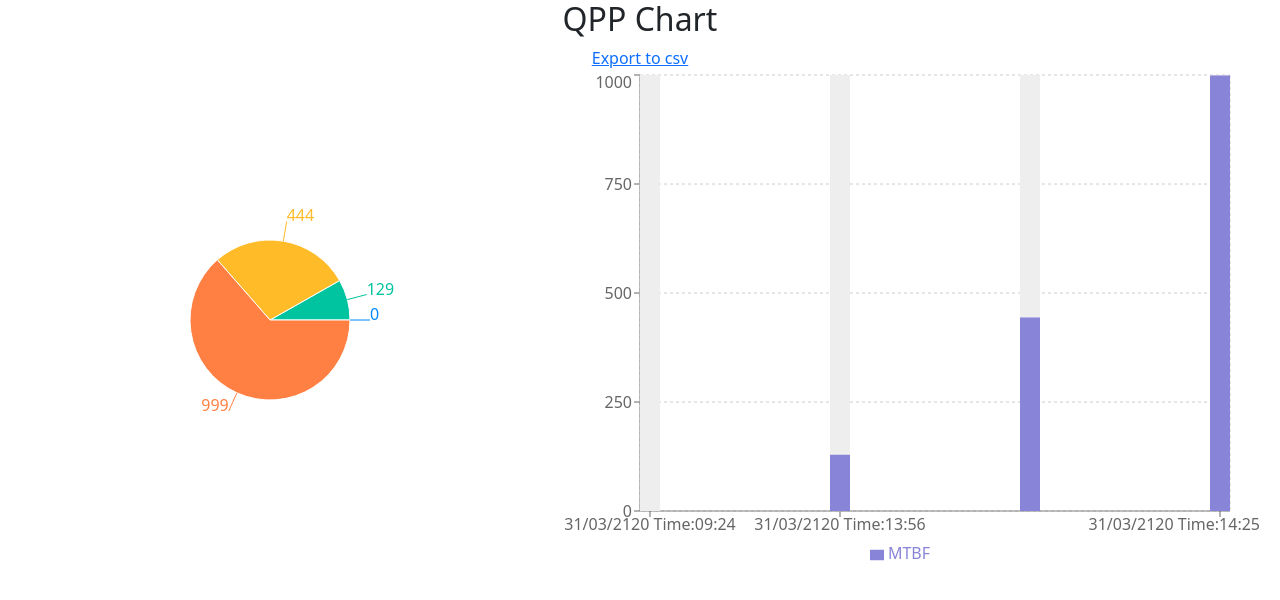
Repository: exiled-kal/ReactChartPrac
Page: /
These files come from the project's save history. The page is drawn as it stood at one moment and after the next save; the edit follows.
The browser window is 1280 px wide. The pictures show the whole page.
The project was rebuilt for these pictures with package versions that can differ from the ones it lists, and the page was loaded fresh each time.

Above is the page before, as saved 2021-04-18 15:45:38.

### src/App.js
import './App.css';
import {CSVLink} from 'react-csv';

import {
  PieChart,
  Pie,
  Tooltip,
  BarChart,
  Bar,
  XAxis,
  YAxis,
  CartesianGrid,
  Legend,
  Cell,
} from 'recharts';

const data = [
  {
    StartDateTime: '31/03/2120 Time:09:24',
    SystemUpTime: 6,
    OperationTime: 0,
    DownTime: 0,
    IdleTime: 0,
    MTBF: 0,
    MTBA: 0,
    TotalQuantityIn: 0,
    TotalQuantityOut: 0,
    TotalPassed: 0,
    TotalFailed: 0,
    TotalYield: 0,
    SoftJam: 0,
    HardJam: 0,
    SprintUPH: 514,
  },
  {
    LotID: 'QPP_Test',
    ProductType: 'RB',
    StartDateTime: '31/03/2120 Time:13:56',
    SystemUpTime: 499,
    OperationTime: 129,
    DownTime: 0,
    IdleTime: 364,
    MTBF: 129,
    MTBA: 129,
    TotalQuantityIn: 33,
    TotalQuantityOut: 12,
    TotalPassed: 2,
    TotalFailed: 10,
    TotalYield: 16,
    SoftJam: 0,
    HardJam: 0,
    SprintUPH: 514,
  },
  {
    LotID: 'QPP_Test',
    ProductType: 'RB',
    StartDateTime: '31/03/2120 Time:14:10',
    SystemUpTime: 1481,
    OperationTime: 444,
    DownTime: 0,
    IdleTime: 1028,
    MTBF: 444,
    MTBA: 444,
    TotalQuantityIn: 33,
    TotalQuantityOut: 28,
    TotalPassed: 4,
    TotalFailed: 24,
    TotalYield: 14,
    SoftJam: 0,
    HardJam: 0,
    SprintUPH: 514,
  },
  {
    LotID: 'QPP_Test',
    ProductType: 'RB',
    StartDateTime: '31/03/2120 Time:14:25',
    SystemUpTime: 2680,
    OperationTime: 999,
    DownTime: 0,
    IdleTime: 1581,
    MTBF: 999,
    MTBA: 999,
    TotalQuantityIn: 33,
    TotalQuantityOut: 170,
    TotalPassed: 61,
    TotalFailed: 109,
    TotalYield: 35,
    SoftJam: 0,
    HardJam: 0,
    SprintUPH: 514,
  },
];
const COLORS = ['#0088FE', '#00C49F', '#FFBB28', '#FF8042', '#ff0000'];

const csvReport = {
  filename: './data/data.csv',
  data: data,
};

function App() {
  return (
    <div style={{textAlign: 'center'}}>
      <h2>QPP Chart</h2>
      <CSVLink {...csvReport}>Export to csv</CSVLink>
      <br />
      <div className="App">
        <PieChart width={500} height={500}>
          <Pie
            dataKey="MTBF"
            isAnimationActive={true}
            data={data}
            cx="50%"
            cy="50%"
            outerRadius={80}
            fill="#8884d8"
            label="Start Date Time"
          >
            {data.map((entry, index) => (
              <Cell
                key={`cell-${index}`}
                fill={COLORS[index % COLORS.length]}
              />
            ))}
          </Pie>
          <Tooltip />
        </PieChart>
        <BarChart
          width={700}
          height={500}
          data={data}
          margin={{
            top: 5,
            right: 30,
            left: 20,
            bottom: 5,
          }}
          barSize={20}
        >
          <XAxis
            dataKey="StartDateTime"
            scale="point"
            padding={{left: 10, right: 10}}
          />
          Start Date Time
          <YAxis />
          <Tooltip />
          <Legend />
          <CartesianGrid strokeDasharray="3 3" />
          <Bar dataKey="MTBF" fill="#8884d8" background={{fill: '#eee'}} />
        </BarChart>
      </div>
    </div>
  );
}

export default App;

### src/App.css
.App {
  text-align: center;
  display: flex;
  justify-content: space-around;
  align-items: center;
}

Loaded but not shown: public/index.html (common file); src/index.js (common file); src/index.css (common file); src/reportWebVitals.js (common file)

After the next save:
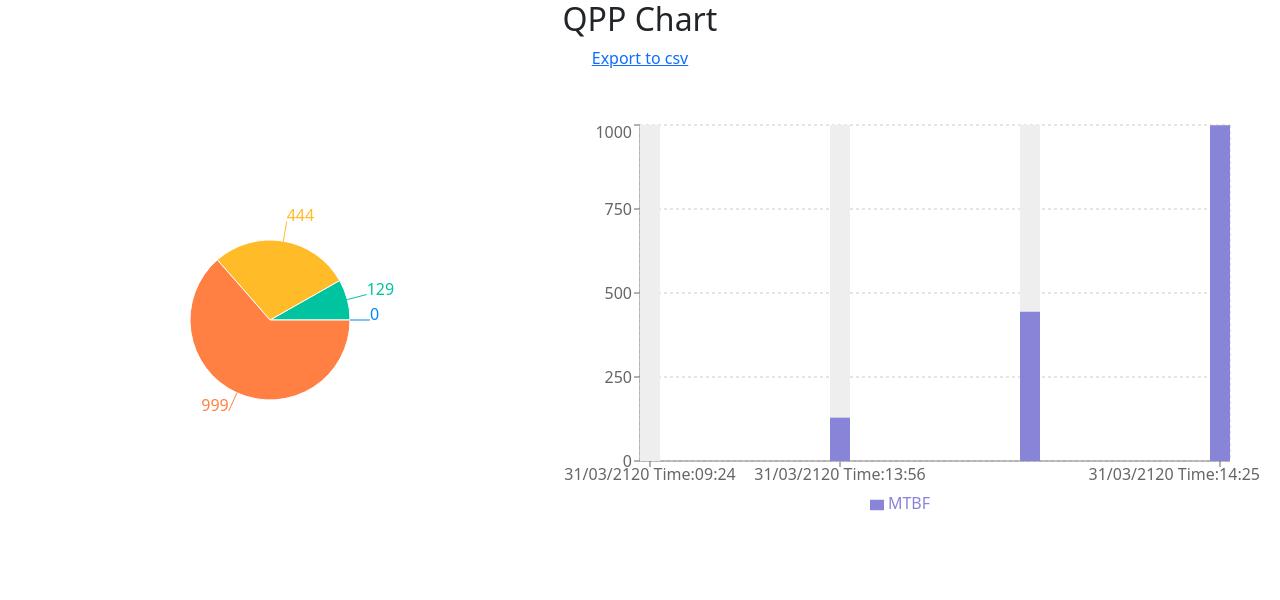
Saved 11 s later.
--- a/src/App.js
+++ b/src/App.js
@@ -126,7 +126,7 @@ function App() {
         </PieChart>
         <BarChart
           width={700}
-          height={500}
+          height={400}
           data={data}
           margin={{
             top: 5,
